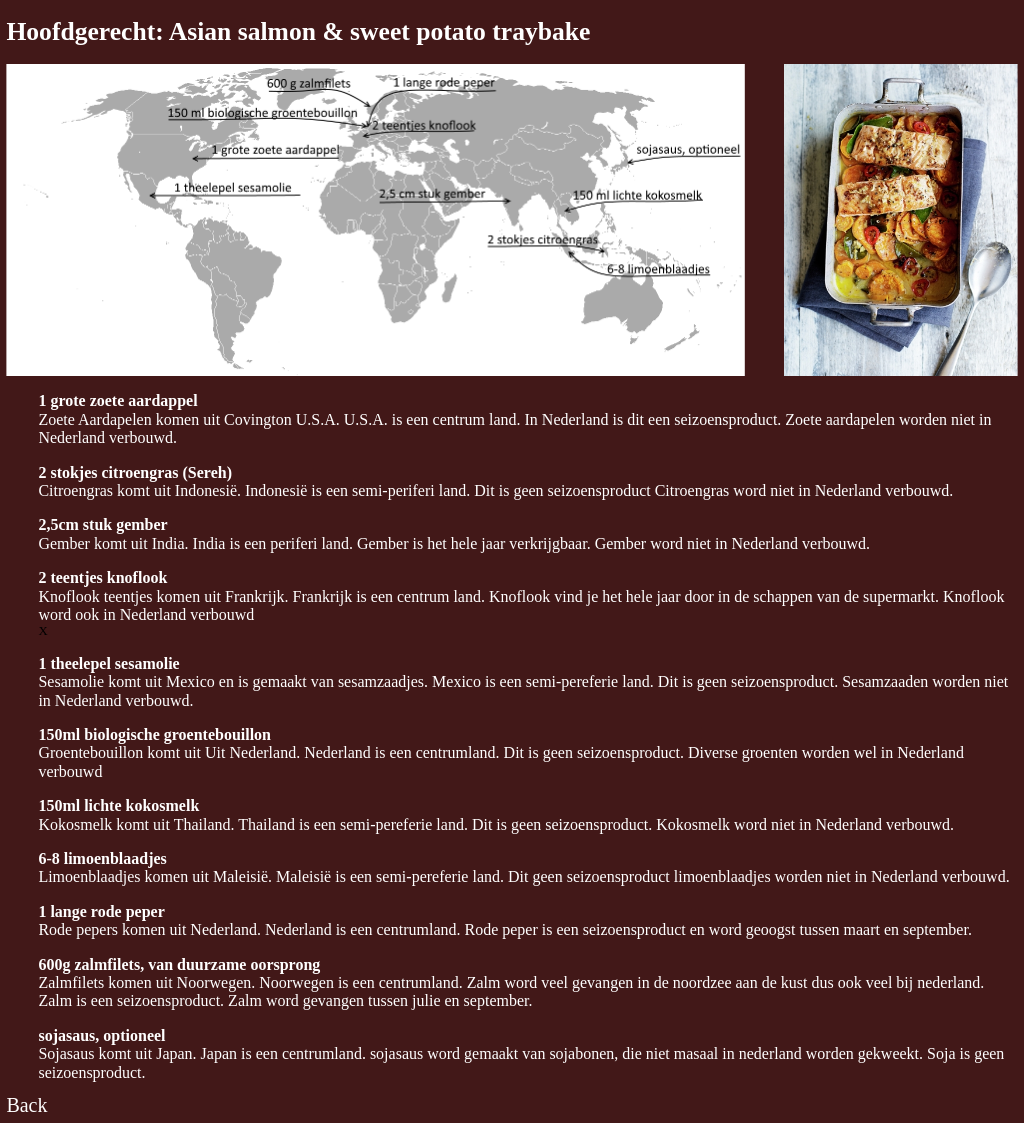
Repository: codemaker4/codemaker4.github.io
Page: workspace/AisiansalmonMap.html
The author's editor kept a record of every edit. The page is drawn from the files as they stood at one moment, then again after the next edit.
The browser window is 1280 px wide. The pictures show the whole page, at 80% of full size.

Above is the page before.

After the next edit:
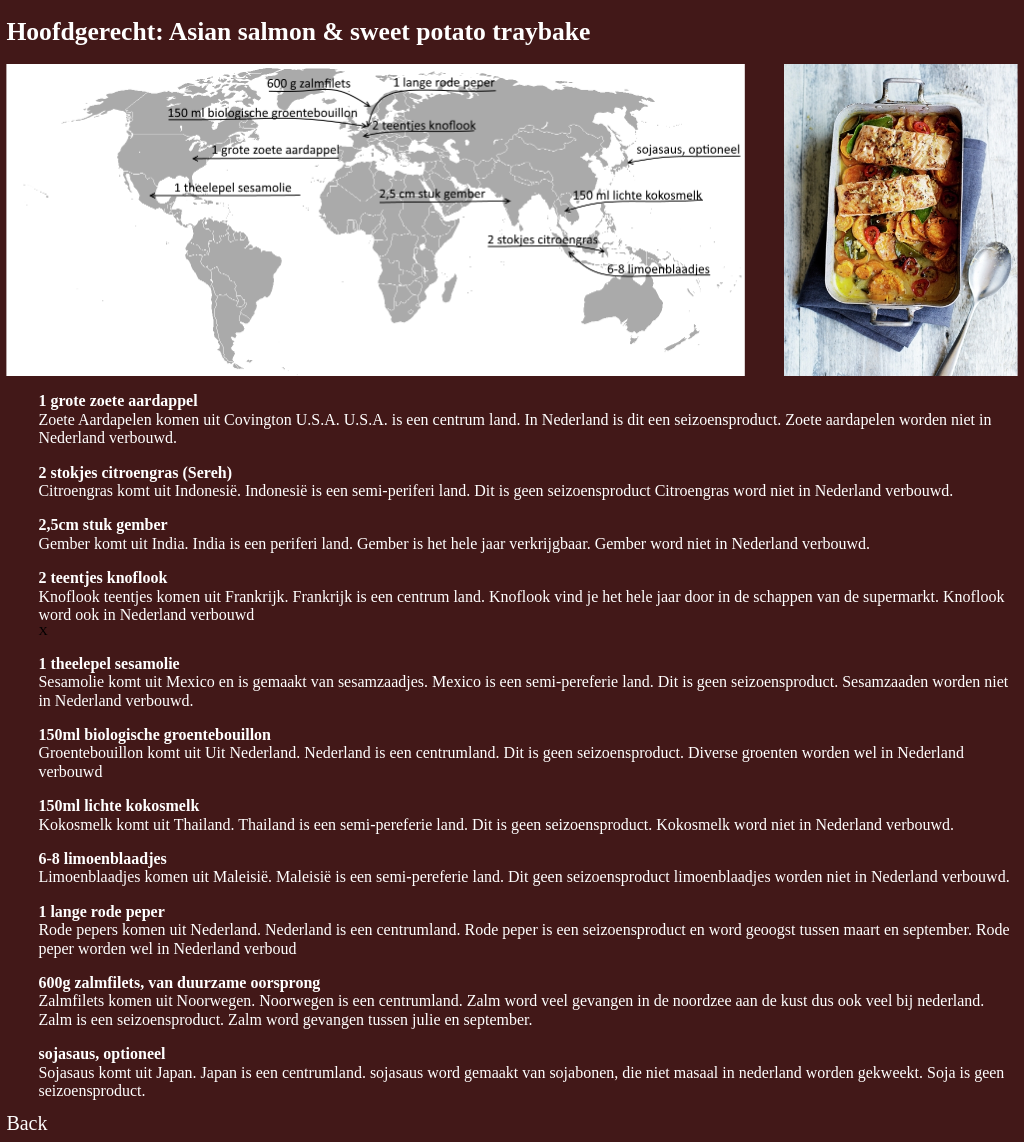
The edit:
--- a/workspace/AisiansalmonMap.html
+++ b/workspace/AisiansalmonMap.html
@@ -29,7 +29,7 @@
             <li><p></p></li>
             <li><b>6-8 limoenblaadjes</b><br> Limoenblaadjes komen uit Maleisië. Maleisië is een semi-pereferie land. Dit geen seizoensproduct limoenblaadjes worden niet in Nederland verbouwd.</li>
             <li><p></p></li>
-            <li><b>1 lange rode peper</b><br> Rode pepers komen uit Nederland. Nederland is een centrumland. Rode peper is een seizoensproduct en word geoogst tussen maart en september. </li>
+            <li><b>1 lange rode peper</b><br> Rode pepers komen uit Nederland. Nederland is een centrumland. Rode peper is een seizoensproduct en word geoogst tussen maart en september. Rode peper worden wel in Nederland verboud</li>
             <li><p></p></li>
             <li><b>600g zalmfilets, van duurzame oorsprong</b><br> Zalmfilets komen uit Noorwegen. Noorwegen is een centrumland. Zalm word veel gevangen in de noordzee aan de kust dus ook veel bij nederland. Zalm is een seizoensproduct. Zalm word gevangen tussen julie en september.</li>
             <li><p></p></li>
